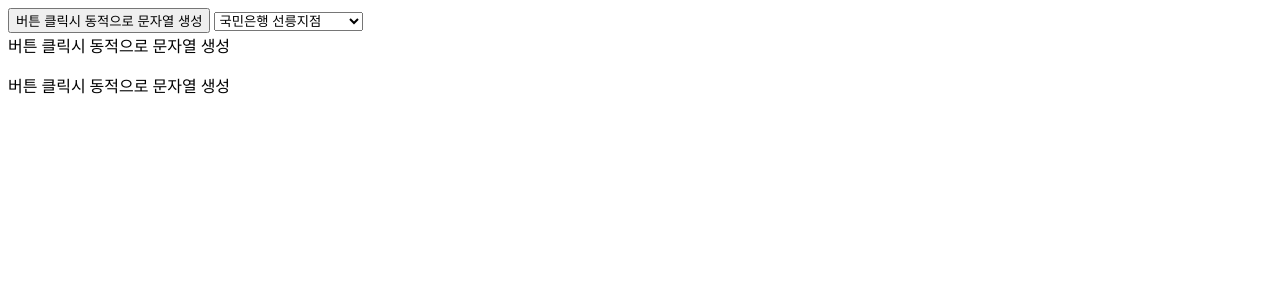
Repository: skybluelion/KB
Page: KB/work05_front/front05_JQuery/src/main/webapp/3_form/02_select.html
The author's editor kept a copy of each file at every save. The page is drawn from the files as they stood at one save, then again after the next save.
The browser window is 1280 px wide. The pictures show the whole page.
After loading, the first visible `#createBtn` was clicked once.

Above is the page before, as saved 2023-04-13 00:41:52.

### KB/work05_front/front05_JQuery/src/main/webapp/3_form/02_select.html
<!DOCTYPE html>
<html>
<head>
<meta charset="UTF-8">
<title>Insert title here</title>
<style type="text/css">

</style>
<script src="https://ajax.googleapis.com/ajax/libs/jquery/3.5.1/jquery.min.js"></script>
<script>
$(function() {
	//1. 버튼클릭시 함수호출...
	$('#createBtn').click(function() {
		//버튼의 타이틀을 resultView 영역에 출력
		var title = $(this).val();
/* 		$('#resultView').html(title+"<p>"); //정적으로 그 자리에 동일한 내용   html이기 때문에 태그도 가능 */
		$('#resultView').append(title+"<p>"); //동적으로 내용이 계속 생성

		//3. html() 이용해서 좀전의 append() 사용한 것과 동일한 결과 출력

		var result = $('#resultView').html();
		$('#resultView').html(result+title+"<p>");
	});
});
</script>
</head>
<body>
<input type="button" value="버튼 클릭시 동적으로 문자열 생성" id="createBtn">
<select id="createSel">
	<option>국민은행 선릉지점</option>
	<option>국민은행 강남지점</option>
	<option>국민은행 강북산단지점</option>
	<option>국민은행 가산지점</option>
	<option>국민은행 서초지점</option>
</select>

<div id="resultView"></div>
</body>
</html>

After the next save:
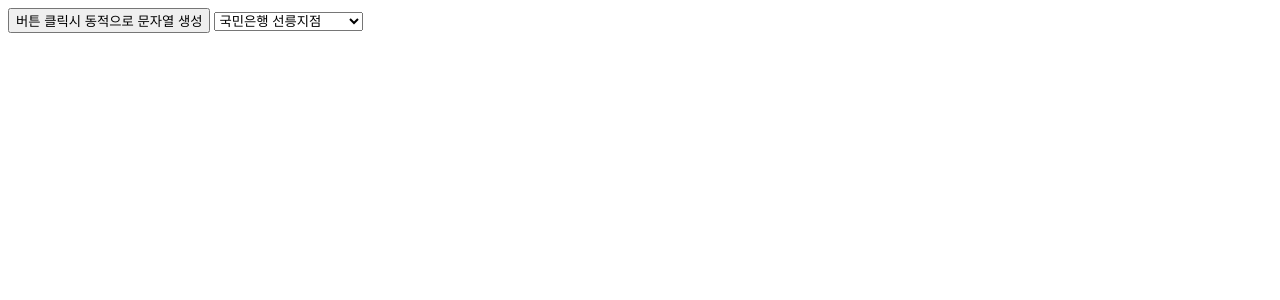
Saved 67 s later.
--- a/KB/work05_front/front05_JQuery/src/main/webapp/3_form/02_select.html
+++ b/KB/work05_front/front05_JQuery/src/main/webapp/3_form/02_select.html
@@ -14,12 +14,11 @@ $(function() {
 		//버튼의 타이틀을 resultView 영역에 출력
 		var title = $(this).val();
 /* 		$('#resultView').html(title+"<p>"); //정적으로 그 자리에 동일한 내용   html이기 때문에 태그도 가능 */
-		$('#resultView').append(title+"<p>"); //동적으로 내용이 계속 생성
+/* 		$('#resultView').append(title+"<p>"); //동적으로 내용이 계속 생성 */
 
 		//3. html() 이용해서 좀전의 append() 사용한 것과 동일한 결과 출력
-
 		var result = $('#resultView').html();
-		$('#resultView').html(result+title+"<p>");
+		$('#resultView').html(result+"<p>");
 	});
 });
 </script>
